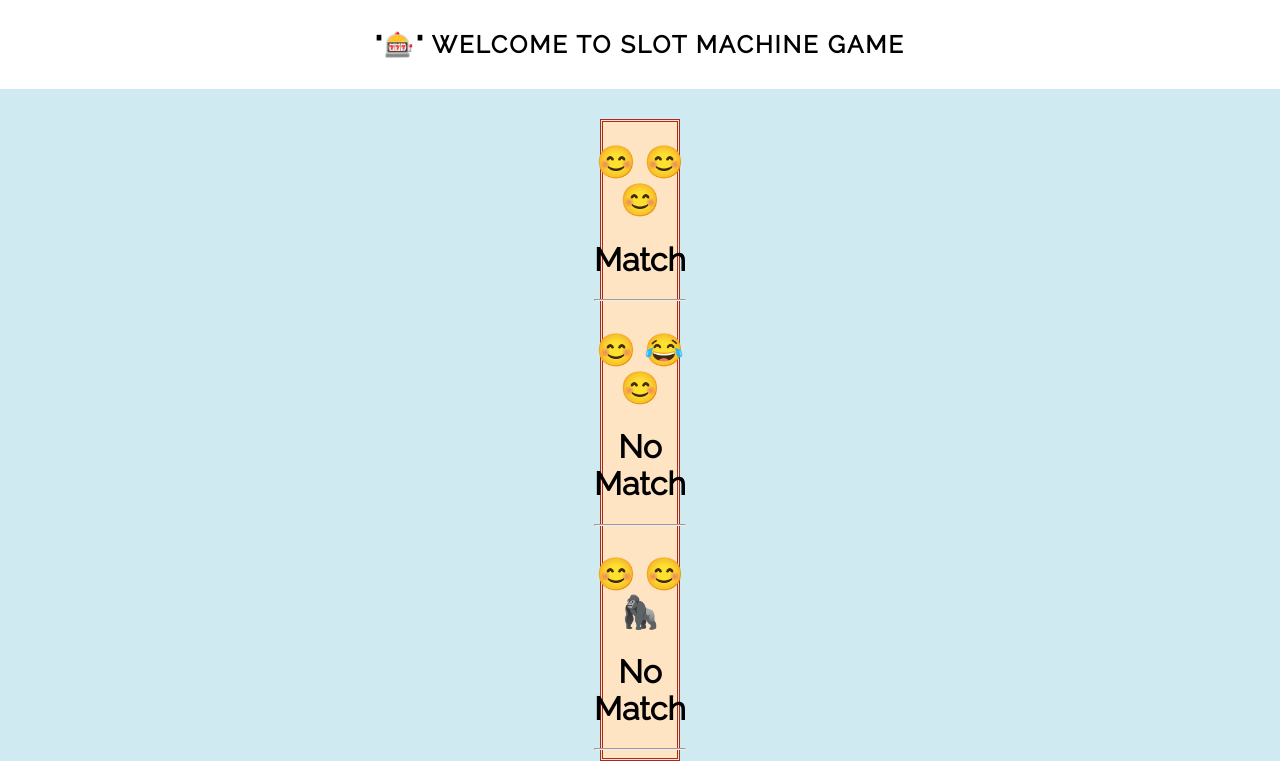
Repository: duggallakshya/slotMachineReact
Page: /
An editor plug-in stored every save of this project. The page is shown before and after the next save, followed by the edit.
The browser window is 1280 px wide. The pictures show the whole page.
The project was rebuilt for these pictures with package versions that can differ from the ones it lists, and the page was loaded fresh each time.

Above is the page before, as saved 2022-03-23 18:38:02.

### src/index.js
import React from 'react';
import ReactDOM from 'react-dom';
import './index.css';
import App from './App';

ReactDOM.render(
  <App />,
  document.getElementById('root')
)

### src/index.css
@import url('https://fonts.googleapis.com/css2?family=Raleway&display=swap');
body{
  background-color: rgb(207, 235, 241);
  margin: 0;
  padding: 0;

}

.heading-style{
  padding: 30px 0;
  margin-top: 0px;
  text-align: center;
  font-family:'Raleway', sans-serif;
  text-transform: uppercase;
  font-size: 13px;
  letter-spacing: 2px;
  font-weight: 500;
  background-color: #fff;
  font-size: 1.5rem;
  margin-bottom: 30px;
  font-weight: bold;
}

.slot-inner{
  text-align: center;
  font-family: 'Raleway', sans-serif ;
}
.main-div{
  display: flex;
  flex-direction: column;
  height: auto;
  justify-content: center;
  align-items: center;
  background-color: bisque;
  /* padding: 0px 30px;*/
  margin: 0px 600px;
  position: relative;
  border: brown;
  border-style: double;

}

### src/App.jsx
import React from 'react';
import SlotMachine from './SlotMachine';

const App = () => {
    return(
        <>
            <h1 className="heading-style"> "🎰" Welcome to Slot machine game </h1>
            <div className="main-div">
                <SlotMachine x ='😊' y ='😊' z ='😊'/>
                <SlotMachine x ='😊' y ='😂' z ='😊'/>
                <SlotMachine x ='😊' y ='😊' z ='🦍'/>
            </div>
        </>
    )
}

export default App;

### src/SlotMachine.jsx
import React from 'react';

const SlotMachine = (props) => {
    if(props.x===props.y && props.y==props.z){
        return (
            <>
                <div className="slot-inner">

                    <h1> {props.x} {props.y} {props.z} </h1>
                    <h1> Match </h1>
                    <hr/>

                </div>
            </>
        )
    }
    else{
        return (
            <>
                <div className="slot-inner">

                    <h1> {props.x} {props.y} {props.z} </h1>
                    <h1> No Match </h1>
                    <hr/>

                </div>
            </>
        )
    }
}

export default SlotMachine;

Loaded but not shown: public/index.html (common file)

After the next save:
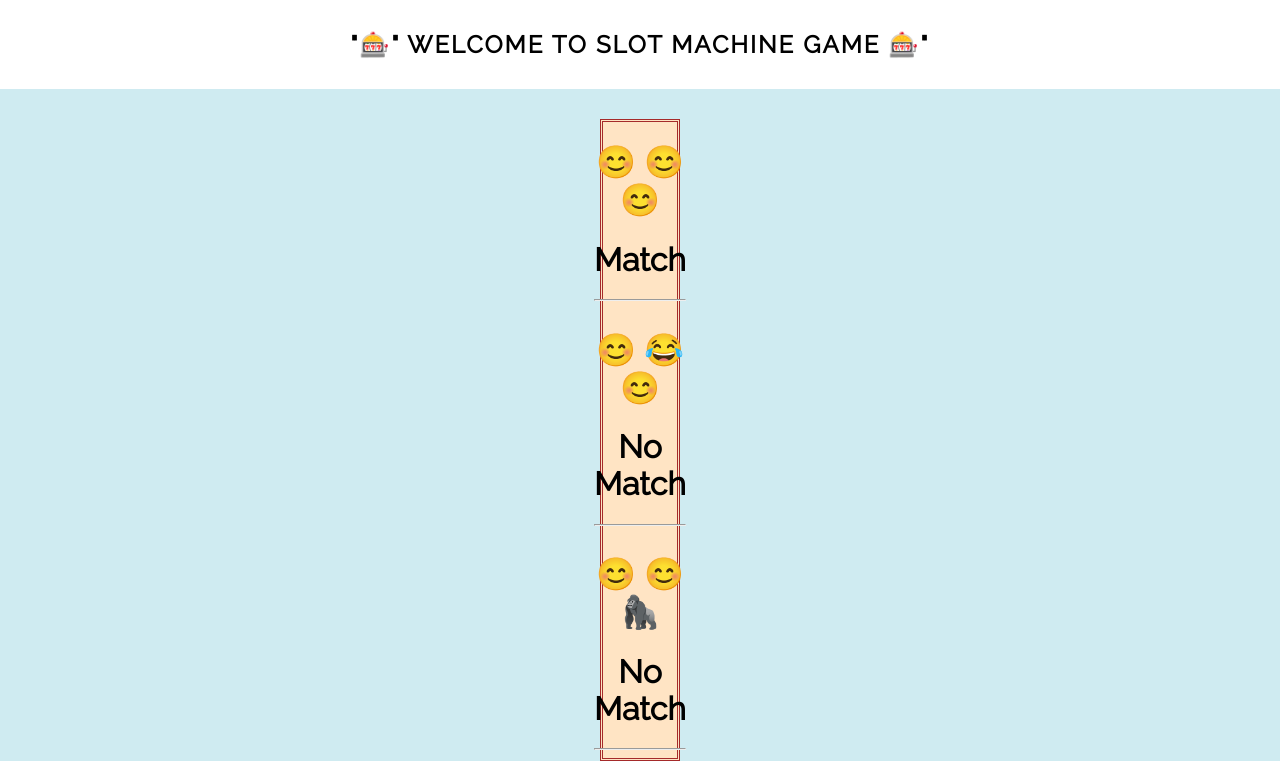
Saved 13 s later.
--- a/src/App.jsx
+++ b/src/App.jsx
@@ -4,7 +4,7 @@ import SlotMachine from './SlotMachine';
 const App = () => {
     return(
         <>
-            <h1 className="heading-style"> "🎰" Welcome to Slot machine game </h1>
+            <h1 className="heading-style"> "🎰" Welcome to Slot machine game 🎰"</h1>
             <div className="main-div">
                 <SlotMachine x ='😊' y ='😊' z ='😊'/>
                 <SlotMachine x ='😊' y ='😂' z ='😊'/>
